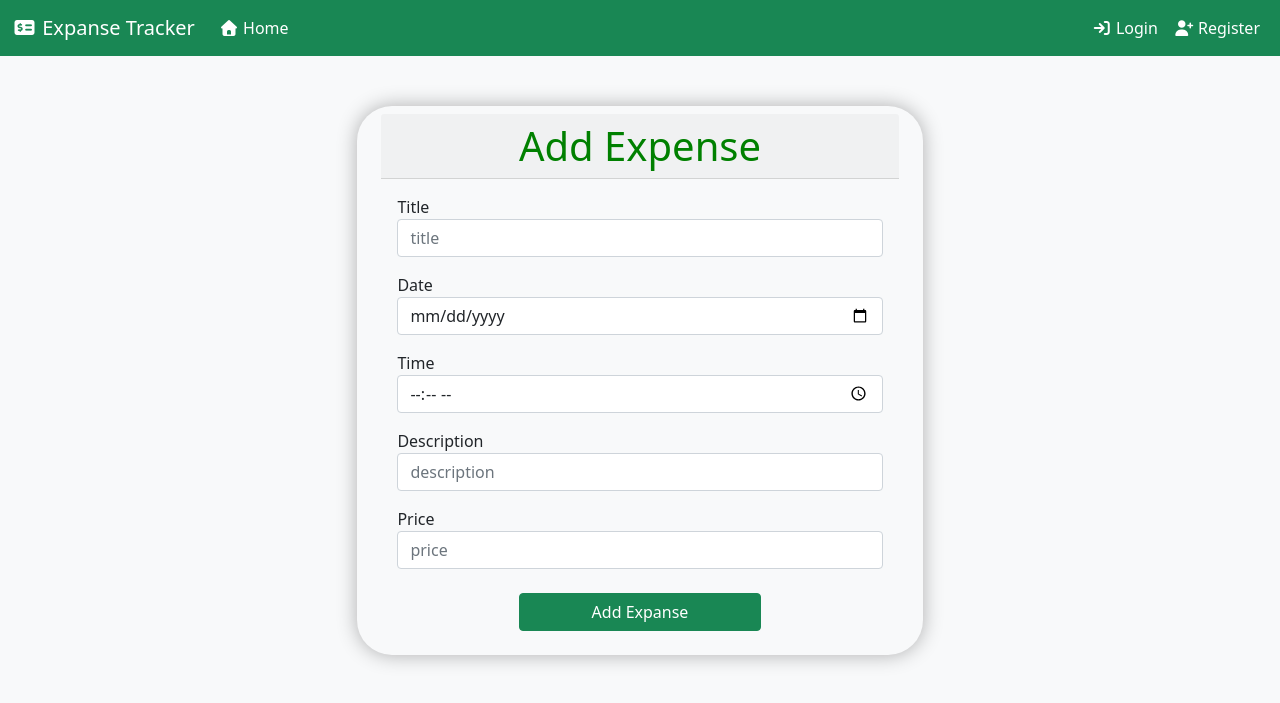
Repository: Hashim-Ansari-82/Java_Project
Page: http://localhost/Online_Expanse_Tracker/user/add_expense.jsp
These files come from the project's save history. The page is drawn as it stood at one moment and after the next save; the edit follows.
The browser window is 1280 px wide. The pictures show the whole page.
Some web libraries are served in a nearby version. The page is served by Tomcat 9.

Above is the page before, as saved 2026-05-26 12:16:39.

After the next save:
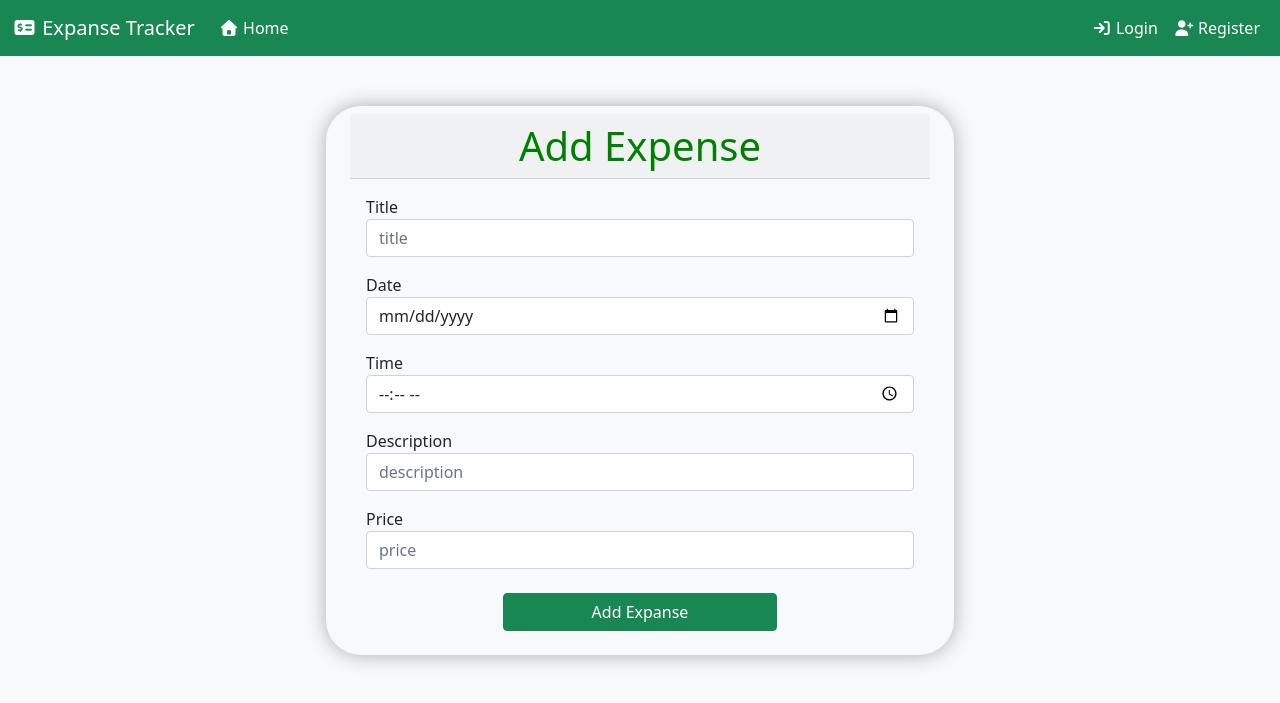
Saved 38 s later.
--- a/Online_Expanse_Tracker/src/main/webapp/user/add_expense.jsp
+++ b/Online_Expanse_Tracker/src/main/webapp/user/add_expense.jsp
@@ -6,7 +6,7 @@
 <html>
 <head>
 <meta charset="UTF-8">
-<title>Insert title here</title>
+<title>Expanse Added Page</title>
 <%@ include file="../component/all_css_js.jsp"%>
 <style type="text/css">
 .card-sh {
@@ -22,7 +22,7 @@
 		style="height: 90vh;">
 
 		<div class="card-sh py-2 px-4 row"
-			style="width: 45%; border-radius: 35px;">
+			style="width: 50%; border-radius: 35px;">
 			<h1 class="text-center card-header" ; style="color: green">Add
 				Expense</h1>
 			<div class="card-body text-start">
